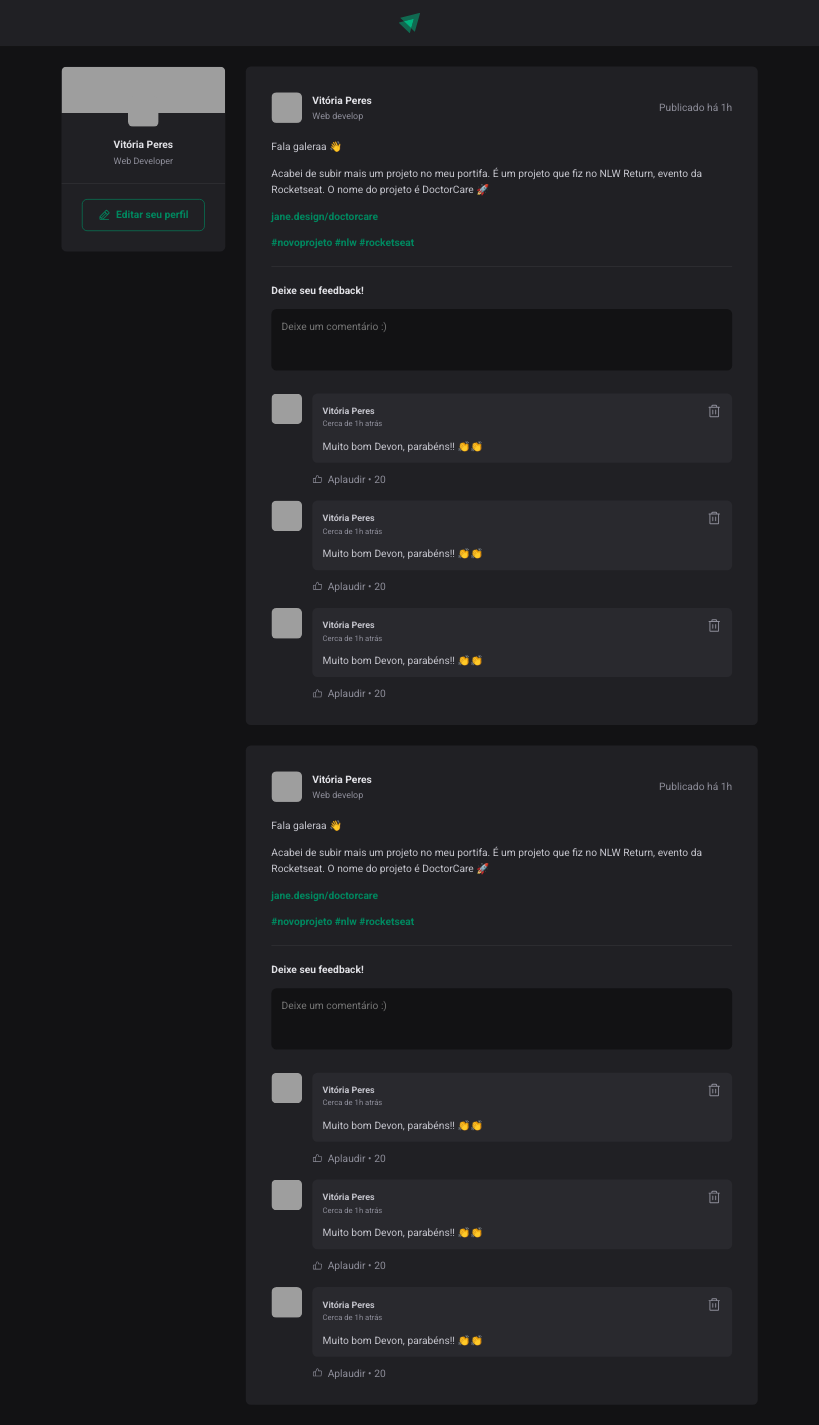
Repository: vndp/React_project-ignite
Page: /
These files come from the project's save history. The page is drawn as it stood at one moment and after the next save; the edit follows.
The browser window is 1280 px wide. The pictures show the whole page, at 64% of full size.
Pictures or frames that could not be fetched are drawn as grey boxes. The project was rebuilt for these pictures with package versions that can differ from the ones it lists, and the page was loaded fresh each time. Also part of the build but not shown: vite.config.js.

Above is the page before, as saved 2023-07-27 22:12:28.

After the next save:
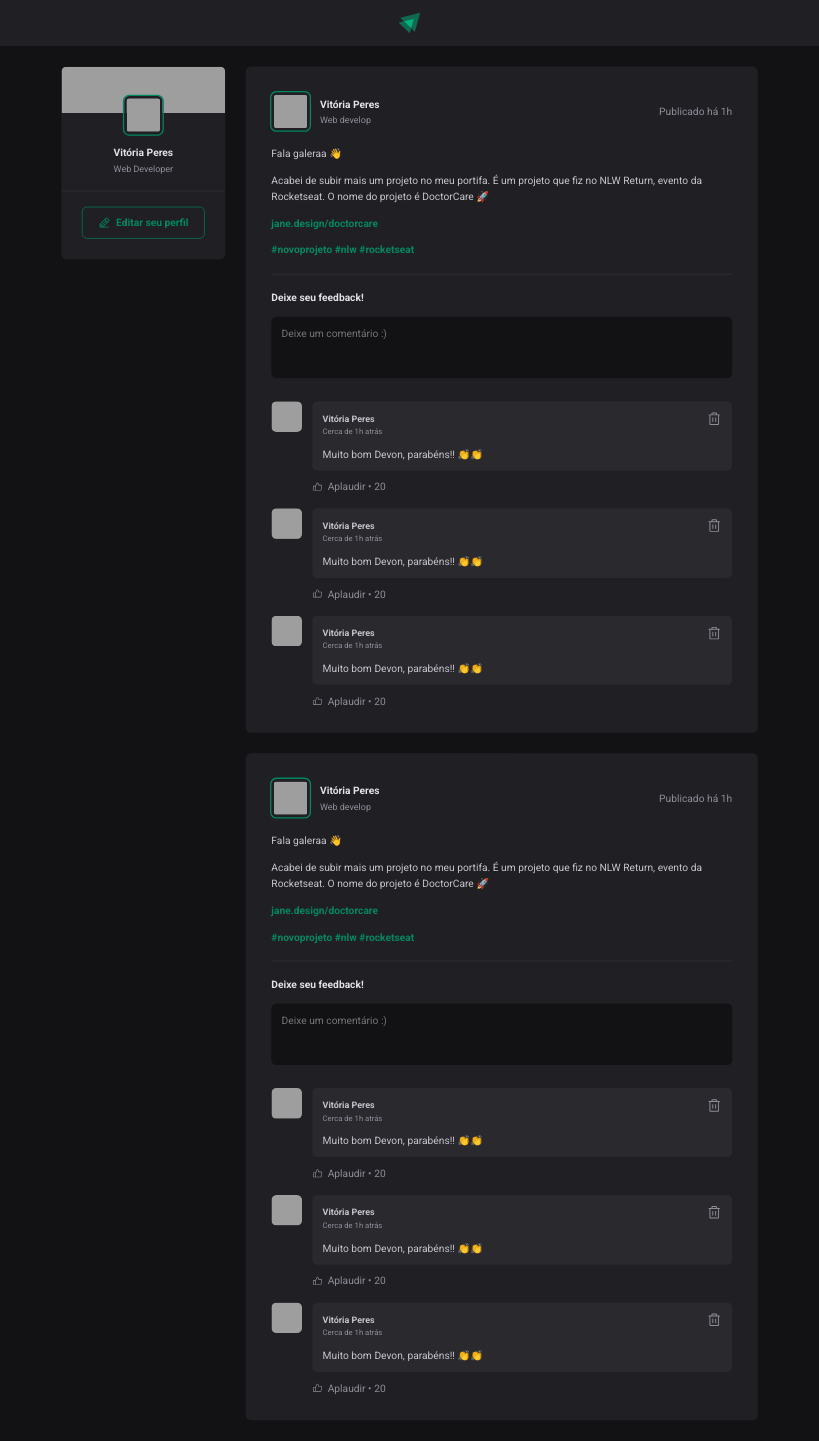
Saved 30 s later.
--- a/src/components/Avatar.jsx
+++ b/src/components/Avatar.jsx
@@ -3,7 +3,7 @@ import styles from "./Avatar.module.css";
 export function Avatar(props) {
     const hasBorder = props.hasBorder != false;
     return (
-        <img className={props.hasBorder ? styles.avatarWithBorder : styles.avatar}
+        <img className={hasBorder ? styles.avatarWithBorder : styles.avatar}
             src={props.src}
         />
     );
